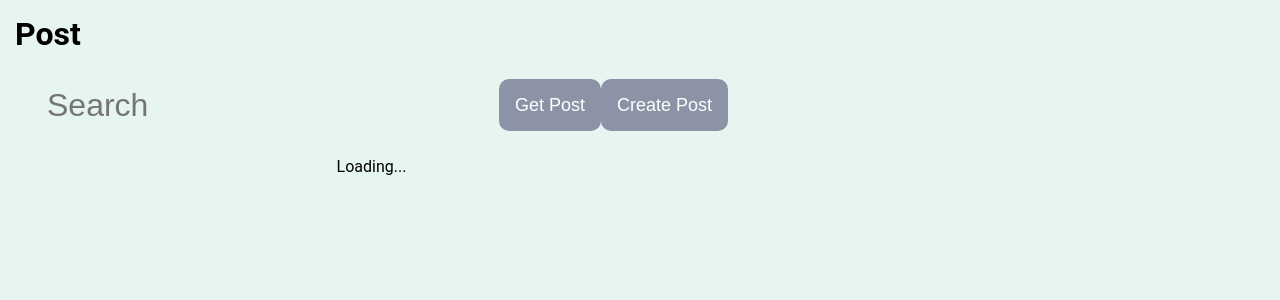
Repository: Axeliriya/vue-todo
Page: /
An editor plug-in stored every save of this project. The page is shown before and after the next save, followed by the edit.
The browser window is 1280 px wide. The pictures show the whole page.
The page's requests for data from a server got no answer. The project was rebuilt for these pictures with package versions that can differ from the ones it lists, and the page was loaded fresh each time. No one was signed in, and anything a server would have sent is missing. Also part of the build but not shown: vue.config.js, src/components/PostItem.vue, src/components/PostList.vue, src/components/PostForm.vue.

Above is the page before, as saved 2022-04-02 01:38:11.

After the next save:
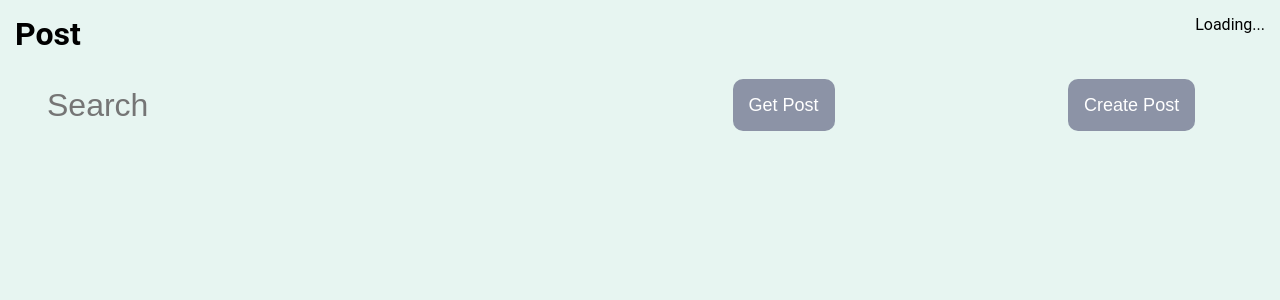
Saved 39 s later.
--- a/src/App.vue
+++ b/src/App.vue
@@ -1,14 +1,14 @@
 <template>
   <div class="app">
+    <header class="header">
+      <h1 class="title">Post</h1>
+      <div class="head">
+        <custom-input placeholder="Search" />
+        <custom-btn @click="fetchPosts">Get Post</custom-btn>
+        <custom-btn @click="showModal">Create Post</custom-btn>
+      </div>
+    </header>
     <main class="main">
-      <header class="header">
-        <h1 class="title">Post</h1>
-        <div class="head">
-          <custom-input placeholder="Search" />
-          <custom-btn @click="fetchPosts">Get Post</custom-btn>
-          <custom-btn @click="showModal">Create Post</custom-btn>
-        </div>
-      </header>
       <div class="loader" v-if="true"><span>Loading...</span></div>
       <post-list v-else :posts="posts" @remove="removePost" />
       <custom-modal v-model:show="show"
@@ -90,7 +90,7 @@ img {
 .app {
   display: grid;
   grid-template-columns: auto 1fr auto;
-  grid-template-rows: 1fr;
+  grid-template-rows: auto 1fr;
   padding: 15px;
   height: 100vh;
   background-color: #e7f5f1;
